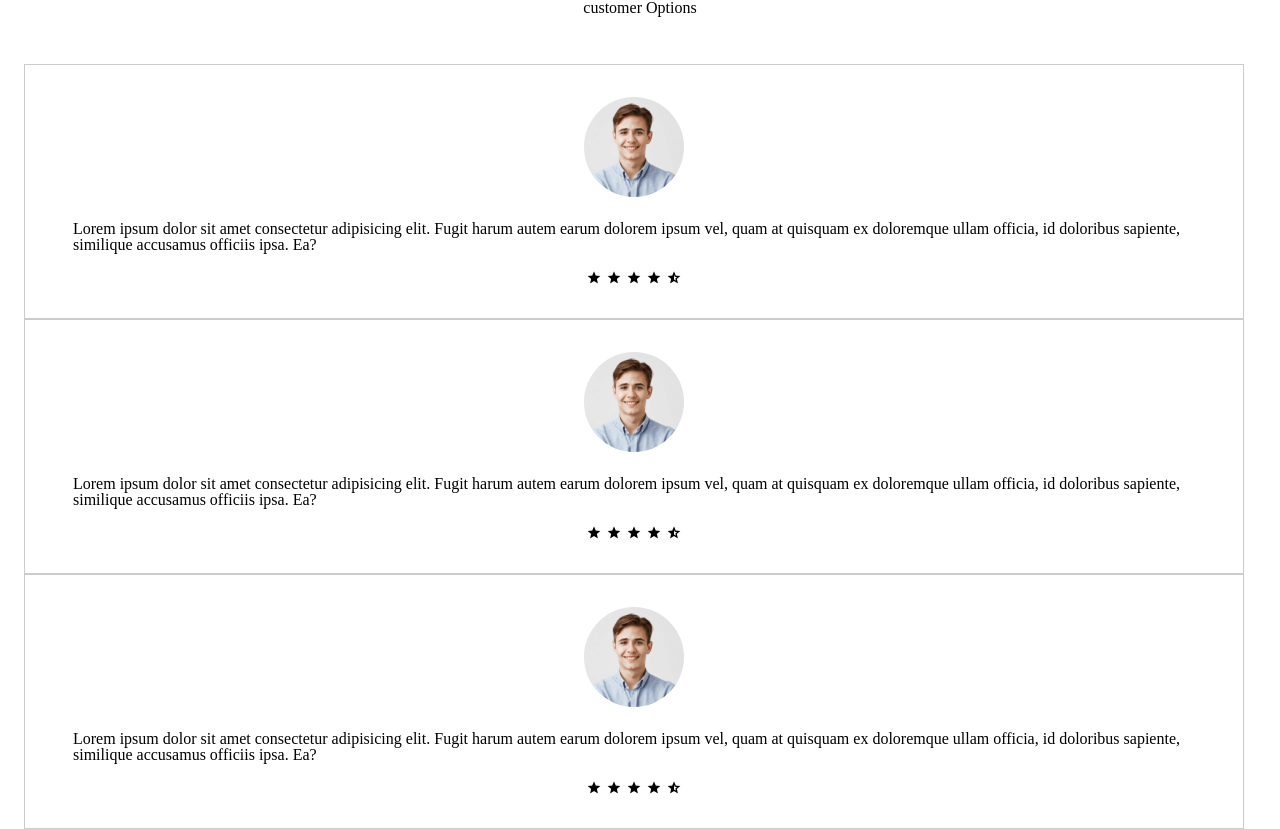
Repository: dinhhaidh/slider-3
Page: index.html
The author's editor kept a copy of each file at every save. The page is drawn from the files as they stood at one save, then again after the next save.
The browser window is 1280 px wide. The pictures show the whole page.

Above is the page before, as saved 2024-03-22 20:20:37.

### index.html
<!DOCTYPE html>
<html lang="en">
<head>
    <meta charset="UTF-8">
    <meta name="viewport" content="width=device-width, initial-scale=1.0">
    <title>Document</title>
    <link rel="stylesheet" href="https://cdnjs.cloudflare.com/ajax/libs/remixicon/4.2.0/remixicon.min.css">

    <link rel="stylesheet" href="style.css">

</head>
<body>
    <div class="customer">
        <h3 class="customer__title">customer Options</h3>
        <div class="customer__container container">
            <div class="customer__swiper">
                <div>
                    <article class="customer__article">
                        <img src="./img1.png" alt="image" class="customer__img">

                        <p>
                            Lorem ipsum dolor sit amet consectetur adipisicing elit. Fugit harum autem earum dolorem ipsum vel, quam at quisquam ex doloremque ullam officia, id doloribus sapiente, similique accusamus officiis ipsa. Ea?
                        </p>

                        <div class="customer__star">
                            <i class="ri-star-s-fill"></i>
                            <i class="ri-star-s-fill"></i>
                            <i class="ri-star-s-fill"></i>
                            <i class="ri-star-s-fill"></i>
                            <i class="ri-star-half-s-line"></i>
                        </div>
                    </article>
                    <article class="customer__article">
                        <img src="./img1.png" alt="image" class="customer__img">

                        <p>
                            Lorem ipsum dolor sit amet consectetur adipisicing elit. Fugit harum autem earum dolorem ipsum vel, quam at quisquam ex doloremque ullam officia, id doloribus sapiente, similique accusamus officiis ipsa. Ea?
                        </p>

                        <div class="customer__star">
                            <i class="ri-star-s-fill"></i>
                            <i class="ri-star-s-fill"></i>
                            <i class="ri-star-s-fill"></i>
                            <i class="ri-star-s-fill"></i>
                            <i class="ri-star-half-s-line"></i>
                        </div>
                    </article>
                    <article class="customer__article">
                        <img src="./img1.png" alt="image" class="customer__img">

                        <p>
                            Lorem ipsum dolor sit amet consectetur adipisicing elit. Fugit harum autem earum dolorem ipsum vel, quam at quisquam ex doloremque ullam officia, id doloribus sapiente, similique accusamus officiis ipsa. Ea?
                        </p>

                        <div class="customer__star">
                            <i class="ri-star-s-fill"></i>
                            <i class="ri-star-s-fill"></i>
                            <i class="ri-star-s-fill"></i>
                            <i class="ri-star-s-fill"></i>
                            <i class="ri-star-half-s-line"></i>
                        </div>
                    </article>
                </div>
            </div>
        </div>
    </div>
</body>
</html>

### style.css
*,
*:before,
*:after {
  box-sizing: border-box;
}
* {
  margin: 0;
  padding: 0;
  font: inherit;
}
img,
picture,
svg,
video {
  display: block;
  max-width: 100%;
}
input,
select,
textarea {
  background-color: transparent;
  outline: none;
}
button {
  cursor: pointer;
  background-color: transparent;
  outline: none;
  border: 0;
}
body {
  min-height: 100vh;
  font-weight: 400;
  font-size: 16px;
  line-height: 1;
}


.container{
    max-width: 1220px;
    Margin-inline: 1.5rem;
}


.customer__title{
    text-align: center;
    margin-bottom: 3rem;
}
.customer__container{

}

.customer__swiper{

}
.customer__article{
    display:flex;
    align-items: center;
    justify-content: center;
    flex-direction: column;
    padding: 2rem 3rem 2rem;
    background-color: #fff;
    border: 1px solid #ccc;
}
.customer__img{
    width: 100px;
    border-radius: 50%;
    margin: 0 auto 1.5rem;
}
.customer__article p {
    margin-bottom: 1rem;
}
.customer__star{

}
.ri-star-s-fill{

}
.ri-star-half-s-line{

}

After the next save:
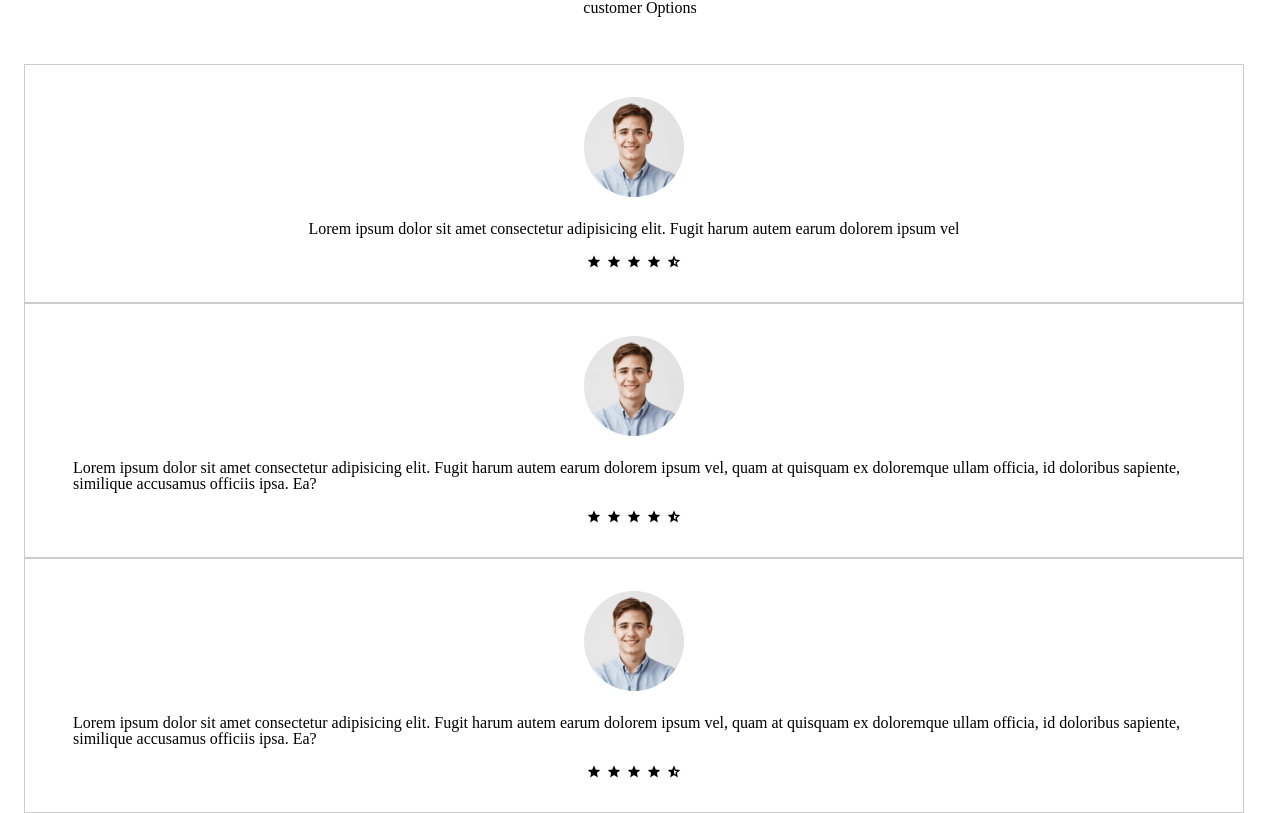
Saved 19 s later.
--- a/index.html
+++ b/index.html
@@ -19,7 +19,7 @@
                         <img src="./img1.png" alt="image" class="customer__img">
 
                         <p>
-                            Lorem ipsum dolor sit amet consectetur adipisicing elit. Fugit harum autem earum dolorem ipsum vel, quam at quisquam ex doloremque ullam officia, id doloribus sapiente, similique accusamus officiis ipsa. Ea?
+                            Lorem ipsum dolor sit amet consectetur adipisicing elit. Fugit harum autem earum dolorem ipsum vel
                         </p>
 
                         <div class="customer__star">
